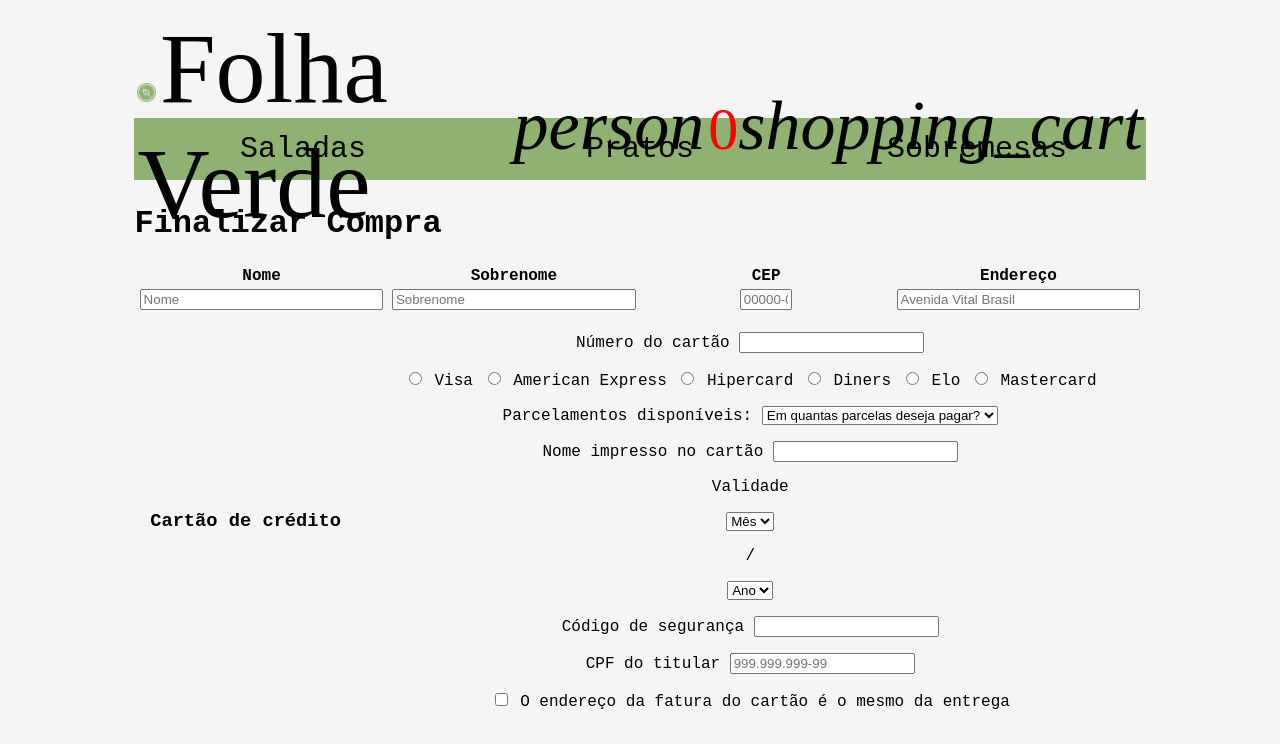
Repository: maaelphd/FolhaVerde
Page: http://localhost/FolhaVerde/Payment.jsp
These files come from the project's save history. The page is drawn as it stood at one moment and after the next save; the edit follows.
The browser window is 1280 px wide. The pictures show the whole page.
Some web fonts or font styles are not loaded; a fallback is used. The page is served by Tomcat 9. Other server files are loaded and not shown.

Above is the page before, as saved 2018-06-04 02:20:03.

### FolhaVerde/WebContent/Payment.jsp
<%@ page language="java" contentType="text/html; charset=UTF-8"
	pageEncoding="UTF-8"%>
<%@ taglib uri="http://java.sun.com/jsp/jstl/core" prefix="c"%>
<!DOCTYPE html>
<html>
<head>
	<meta charset="UTF-8">
	<title>Restaurante Folha Verde - Pagamento</title>

	<link rel="stylesheet" href="${pageContext.request.contextPath}/CSS/Payment.css"/>
</head>
<body>
	<div id="wrapper">
		<c:import url="NavBar.jsp"></c:import>

		<div id="divPageContent">

			<div class="PaymentHeaderContent">
				<h1 class="PaymentText">Finalizar Compra</h1>
			</div>

			<div class="divPaymentDataTable">
				<table class="w3-table PaymentsDataTable">
					<tr>
						<th>
							Nome
						</th>
						<th>
							Sobrenome
						</th>
						<th>
							CEP
						</th>
						<th>
							Endereço
						</th>
					</tr>
					<tr>
						<td class="tdInpUserName">
							<input type="text" id="inpUserName" placeholder="Nome" name="data[userName]">
						</td>
						<td class="tdInpUserLastName">
							<input type="text" id="inpUserLastName" placeholder="Sobrenome" name="data[userLastName]">
						</td>
						<td class="tdInpUserCEPCode">
							<input type="text" min="" id="inpUserCEPCode" placeholder="00000-000" name="data[userCEPCode]">
						</td>
						<td class="tdInpUserAdress">
							<input type="text" min="" id="inpUserAdress" placeholder="Avenida Vital Brasil" name="data[userAdress]">
						</td>
					</tr>
				</table>
			</div>

			<div class="divPaymentChoiceTable">
				<table class="w3-table PaymentsChoiceTable">
					<tr>
						<td>
							<h3>Cartão de crédito</h3>
						</td>
						<td>
							<div class="CardForm">
								<div>
									<p class="PaymentCardNumber input text required">
										<label class="FormFieldLabel " for="creditCardpayment-card-0Number">Número do cartão</label>
										<input type="tel" id="creditCardpayment-card-0Number" class="input-medium  error" name="cardNumber" maxlength="30" value="">
									</p>
									<div class="PaymentCardFlags clearfix form-inline">
										<p class="card-flags active">
											<label class="radio card-flag-label" for="creditCardselectedCard0cc-0" title="Visa">
												<input type="radio" class="card-flag-radio" id="creditCardselectedCard0cc-0" name="creditCardselectedCardFlag-0" tabindex="-1" value="2">
												<span class="card-flag Visa ">Visa</span>
											</label>
											<label class="radio card-flag-label" for="creditCardselectedCard1cc-0" title="American Express">
												<input type="radio" class="card-flag-radio" id="creditCardselectedCard1cc-0" name="creditCardselectedCardFlag-0" tabindex="-1" value="1">
												<span class="card-flag American Express ">American Express</span>
											</label>
											<label class="radio card-flag-label" for="creditCardselectedCard2cc-0" title="Hipercard">
												<input type="radio" class="card-flag-radio" id="creditCardselectedCard2cc-0" name="creditCardselectedCardFlag-0" tabindex="-1" value="8">
												<span class="card-flag Hipercard ">Hipercard</span>
											</label>
											<label class="radio card-flag-label" for="creditCardselectedCard3cc-0" title="Diners">
												<input type="radio" class="card-flag-radio" id="creditCardselectedCard3cc-0" name="creditCardselectedCardFlag-0" tabindex="-1" value="3">
												<span class="card-flag Diners card-selected">Diners</span>
											</label>
											<label class="radio card-flag-label" for="creditCardselectedCard4cc-0" title="Elo">
												<input type="radio" class="card-flag-radio" id="creditCardselectedCard4cc-0" name="creditCardselectedCardFlag-0" tabindex="-1" value="9">
												<span class="card-flag Elo ">Elo</span>
											</label>
											<label class="radio card-flag-label" for="creditCardselectedCard5cc-0" title="Mastercard">
												<input type="radio" class="card-flag-radio" id="creditCardselectedCard5cc-0" name="creditCardselectedCardFlag-0" tabindex="-1" value="4">
												<span class="card-flag Mastercard ">Mastercard</span>
											</label>
										</p>
									</div>
								</div>
								<div class="PaymentInstallments ">
									<p class="select required">
										<label class="FormFieldLabel hide" for="creditCardpayment-card-0Brand">Parcelamentos disponíveis:</label>
										<select class="input-xlarge " id="creditCardpayment-card-0Brand">
											<option value="">Em quantas parcelas deseja pagar?</option>
											<option value="1">1x-</option>
											<option value="2">2x-</option>
											<option value="2">3x-</option>
											<option value="2">4x-</option>
											<optgroup label=""></optgroup>
										</select>
									</p>
								</div>
								<div>
									<p class="PaymentCardHolderName">
										<label class="FormFieldLabel " for="creditCardpayment-card-0Name">Nome impresso no cartão</label>
										<input type="text" class="input-medium  " id="creditCardpayment-card-0Name" name="ccName" value="">
									</p>
									<div class="PaymentCardDueDate clearfix">
										<label class="FormFieldLabel pull-left" for="creditCardpayment-card-0Month">Validade</label>
										<p class="payment-card-due-month input text required">
											<select class="input-mini " id="creditCardpayment-card-0Month" name="cardExpirationMonth">
												<option value="">Mês</option>
												<option value="01">01</option>
												<option value="02">02</option>
												<option value="03">03</option>
												<option value="04">04</option>
												<option value="05">05</option>
												<option value="06">06</option>
												<option value="07">07</option>
												<option value="08">08</option>
												<option value="09">09</option>
												<option value="10">10</option>
												<option value="11">11</option>
												<option value="12">12</option>
											</select>
										</p>
										<p class="payment-card-lash">/</p>
										<p class="payment-card-due-year input text required">
											<select class="input-mini " id="creditCardpayment-card-0Year" name="cardExpirationYear">
												<option value="">Ano</option>
												<option value="18">18</option>
												<option value="19">19</option>
												<option value="20">20</option>
												<option value="21">21</option>
												<option value="22">22</option>
												<option value="23">23</option>
												<option value="24">24</option>
												<option value="25">25</option>
												<option value="26">26</option>
												<option value="27">27</option>
												<option value="28">28</option>
												<option value="29">29</option>
												<option value="30">30</option>
												<option value="31">31</option>
												<option value="32">32</option>
												<option value="33">33</option>
												<option value="34">34</option>
												<option value="35">35</option>
												<option value="36">36</option>
												<option value="37">37</option>
												<option value="38">38</option>
												<option value="39">39</option>
												<option value="40">40</option>
											</select>
										</p>
									</div>
								</div>
								<p class="PaymentCardCVV input text required">
									<label class="FormFieldLabel " for="creditCardpayment-card-0Code">Código de segurança</label>
									<input type="tel" id="creditCardpayment-card-0Code" class="input-mini   " maxlength="3" value="">
								</p>
								<p class="PaymentCardHolderDocument input text required mask">
									<label class="FormFieldLabel " for="holder-document-0">CPF do titular</label>
									<input type="tel" id="holder-document-0" class="input-small  " value="" placeholder="999.999.999-99">
								</p>
								<div class="BillingAddress BillingAddress-BRA clearfix">
									<p class="AddressToggle">
										<input type="checkbox" id="address-toggle-0" value="on">
										<label for="address-toggle-0">O endereço da fatura do cartão é o mesmo da entrega</label>
									</p>
								</div>
							</div>
						</td>
					</tr>
				</table>
			</div>
		</div>

	</div>
</body>
<footer></footer>
<script>
</script>
</html>

### FolhaVerde/WebContent/NavBar.jsp
<%@ page language="java" contentType="text/html; charset=UTF-8"	pageEncoding="UTF-8"%>
<%@ taglib uri="http://java.sun.com/jsp/jstl/core" prefix="c"%>
<!DOCTYPE html>
	 <meta charset="UTF-8">

 	<link href="https://fonts.googleapis.com/icon?family=Material+Icons" rel="stylesheet">
	<link rel="stylesheet" href="${pageContext.request.contextPath}/CSS/Pages.css"/>
	<link rel="stylesheet" href="${pageContext.request.contextPath}/CSS/NavBar.css"/>
	<link rel="stylesheet" href="${pageContext.request.contextPath}/CSS/RobotoFonts.css" type="text/css">
	<link rel="stylesheet" href="${pageContext.request.contextPath}/CSS/IndieFlower.css" type="text/css">

	<div class="LogoHeader">
		<table class="w3-table TopBarTable">
			<tr>
				<td>
					<div class="LogoImg">
						<a href="index.jsp"><img src="${pageContext.request.contextPath}/imgs/LOGO.png"> <span class="NomeEmpresaLogo"> Folha Verde </span></a>
					</div>
				</td>
				<td id="PersonIcoCol">
					<i class="material-icons" id="PersonIco">person</i>
				</td>
				<td id="shoppingCartIcoCol">
					<span class="ItensCountNumber">0</span><i class="material-icons" id="shoppingCartIco">shopping_cart</i>
				</td>
			</tr>
		</table>
	</div>

	<nav>
		<ul class="horizontal">
			<li><a href="#home" class="SaladTab">Saladas</a></li>
			<li><a href="#news" class="PlateTab">Pratos</a></li>
			<li><a href="#contact" class="DessertTab">Sobremesas</a></li>
		</ul>
	</nav>

	<!-- JQUERY & BOOTSTRAP  -->

	<!-- jQuery Reference -->
	<!-- <script src="${pageContext.request.contextPath}/jquery-ui/jquery-ui.min.js"></script> -->
	<script src="${pageContext.request.contextPath}/jquery-ui/jquery-3.3.1.min.js"></script>
	<script src="https://cdnjs.cloudflare.com/ajax/libs/jquery.mask/1.14.10/jquery.mask.js"></script>


	<script src="https://maxcdn.bootstrapcdn.com/bootstrap/3.3.7/js/bootstrap.min.js"></script>

	<script>
	$(document).ready(function () {

	  	$(".nav a").on("click", function(){
	  	   $(".nav").find(".active").removeClass("active");
	  	   $(this).parent().addClass("active");
	  	});

	});
	//# sourceURL=pen.js
	</script>

### FolhaVerde/WebContent/CSS/Payment.css
body {
	font-family: 'Roboto Mono', monospace;
}

.w3-content.w3-section
{
	align-items: center;
	margin: 0 auto;
	width: 100%;
	height: 100%;
}

.divPaymentChoiceTable,
.divPaymentDataTable {
	width: 80%;;
	margin: 0 auto;
}

.PaymentsChoiceTable,
.PaymentsDataTable {
	width: 100%;;
	margin: 0 auto;
	text-align: center;
}

.PaymentHeaderContent {
	width: 80%;;
	margin: 0 auto;
	text-align: left;
}

.tdInpUserName input, .tdInpUserLastName input,
.tdInpUserAdress input {
	width: 95%;
}

.tdInpUserCEPCode input {
	width: 18%;
}

### FolhaVerde/WebContent/CSS/Pages.css
html, body {
	background-color: #f5f5f5;
	font-family: 'Roboto Mono', monospace;
}

#divPageContent
{
	display: block;
	margin-top: 2%;
}

.TopBar {
	border: 1px solid black;
}

### FolhaVerde/WebContent/CSS/NavBar.css
nav {
	width: 80%;
	text-align: center;
	margin: 0% auto;
}

ul {
    list-style-type: none;
    margin: 0;
    padding: 0;
    overflow: hidden;
    background-color: #8FB171;
}

li {
    float: left;
    width: 33.33333%;
}

li a {
    display: block;
    color: white;
    text-align: center;
    padding: 14px 16px;
    text-decoration: none;
}

li a.SaladTab,
li a.PlateTab,
li a.DessertTab {
    font-size: 30px;
}

/* Change the link color to #111 (black) on hover */
li a:hover {
    background-color: #badd9b;
}

a:link {
	color: inherit;
	text-decoration: none;
}

.LogoHeader
{
	width: 80%;
	height: 110px;
	text-align: left;
	margin: 0% auto;
	font-family: 'Indie Flower', cursive;
}

.LogoImg img
{
	width: 5%;
	height: 5%;
}

.NomeEmpresaLogo {
	font-size: 100px;
	font-family:
}

#shoppingCartIco,
#PersonIco {
	font-size: 70px;
}

.TopBarTable{
	width: 100%;
}

.ItensCountNumber {
	font-size: 60px;
	color: #ff0000;
	font-family: 'Indie Flower', cursive;
}

.SaladTab.active, .PlateTab.active, .DessertTab.active{
	background-color: #badd9b;
}

### FolhaVerde/WebContent/CSS/RobotoFonts.css
/* cyrillic-ext */
@font-face {
  font-family: 'Roboto Mono';
  font-style: normal;
  font-weight: 400;
  src: local('Roboto Mono'), local('RobotoMono-Regular'), url(https://fonts.gstatic.com/s/robotomono/v5/L0x5DF4xlVMF-BfR8bXMIjhGq3-OXg.woff2) format('woff2');
  unicode-range: U+0460-052F, U+1C80-1C88, U+20B4, U+2DE0-2DFF, U+A640-A69F, U+FE2E-FE2F;
}
/* cyrillic */
@font-face {
  font-family: 'Roboto Mono';
  font-style: normal;
  font-weight: 400;
  src: local('Roboto Mono'), local('RobotoMono-Regular'), url(https://fonts.gstatic.com/s/robotomono/v5/L0x5DF4xlVMF-BfR8bXMIjhPq3-OXg.woff2) format('woff2');
  unicode-range: U+0400-045F, U+0490-0491, U+04B0-04B1, U+2116;
}
/* greek-ext */
@font-face {
  font-family: 'Roboto Mono';
  font-style: normal;
  font-weight: 400;
  src: local('Roboto Mono'), local('RobotoMono-Regular'), url(https://fonts.gstatic.com/s/robotomono/v5/L0x5DF4xlVMF-BfR8bXMIjhHq3-OXg.woff2) format('woff2');
  unicode-range: U+1F00-1FFF;
}
/* greek */
@font-face {
  font-family: 'Roboto Mono';
  font-style: normal;
  font-weight: 400;
  src: local('Roboto Mono'), local('RobotoMono-Regular'), url(https://fonts.gstatic.com/s/robotomono/v5/L0x5DF4xlVMF-BfR8bXMIjhIq3-OXg.woff2) format('woff2');
  unicode-range: U+0370-03FF;
}
/* vietnamese */
@font-face {
  font-family: 'Roboto Mono';
  font-style: normal;
  font-weight: 400;
  src: local('Roboto Mono'), local('RobotoMono-Regular'), url(https://fonts.gstatic.com/s/robotomono/v5/L0x5DF4xlVMF-BfR8bXMIjhEq3-OXg.woff2) format('woff2');
  unicode-range: U+0102-0103, U+0110-0111, U+1EA0-1EF9, U+20AB;
}
/* latin-ext */
@font-face {
  font-family: 'Roboto Mono';
  font-style: normal;
  font-weight: 400;
  src: local('Roboto Mono'), local('RobotoMono-Regular'), url(https://fonts.gstatic.com/s/robotomono/v5/L0x5DF4xlVMF-BfR8bXMIjhFq3-OXg.woff2) format('woff2');
  unicode-range: U+0100-024F, U+0259, U+1E00-1EFF, U+2020, U+20A0-20AB, U+20AD-20CF, U+2113, U+2C60-2C7F, U+A720-A7FF;
}
/* latin */
@font-face {
  font-family: 'Roboto Mono';
  font-style: normal;
  font-weight: 400;
  src: local('Roboto Mono'), local('RobotoMono-Regular'), url(https://fonts.gstatic.com/s/robotomono/v5/L0x5DF4xlVMF-BfR8bXMIjhLq38.woff2) format('woff2');
  unicode-range: U+0000-00FF, U+0131, U+0152-0153, U+02BB-02BC, U+02C6, U+02DA, U+02DC, U+2000-206F, U+2074, U+20AC, U+2122, U+2191, U+2193, U+2212, U+2215, U+FEFF, U+FFFD;
}

### FolhaVerde/WebContent/CSS/IndieFlower.css
/* latin */
@font-face {
  font-family: 'Indie Flower';
  font-style: normal;
  font-weight: 400;
  src: local('Indie Flower'), local('IndieFlower'), url(https://fonts.gstatic.com/s/indieflower/v9/m8JVjfNVeKWVnh3QMuKkFcZVaUuH.woff2) format('woff2');
  unicode-range: U+0000-00FF, U+0131, U+0152-0153, U+02BB-02BC, U+02C6, U+02DA, U+02DC, U+2000-206F, U+2074, U+20AC, U+2122, U+2191, U+2193, U+2212, U+2215, U+FEFF, U+FFFD;
}

Loaded but not shown: FolhaVerde/WebContent/jquery-ui/jquery-3.3.1.min.js (library)

After the next save:
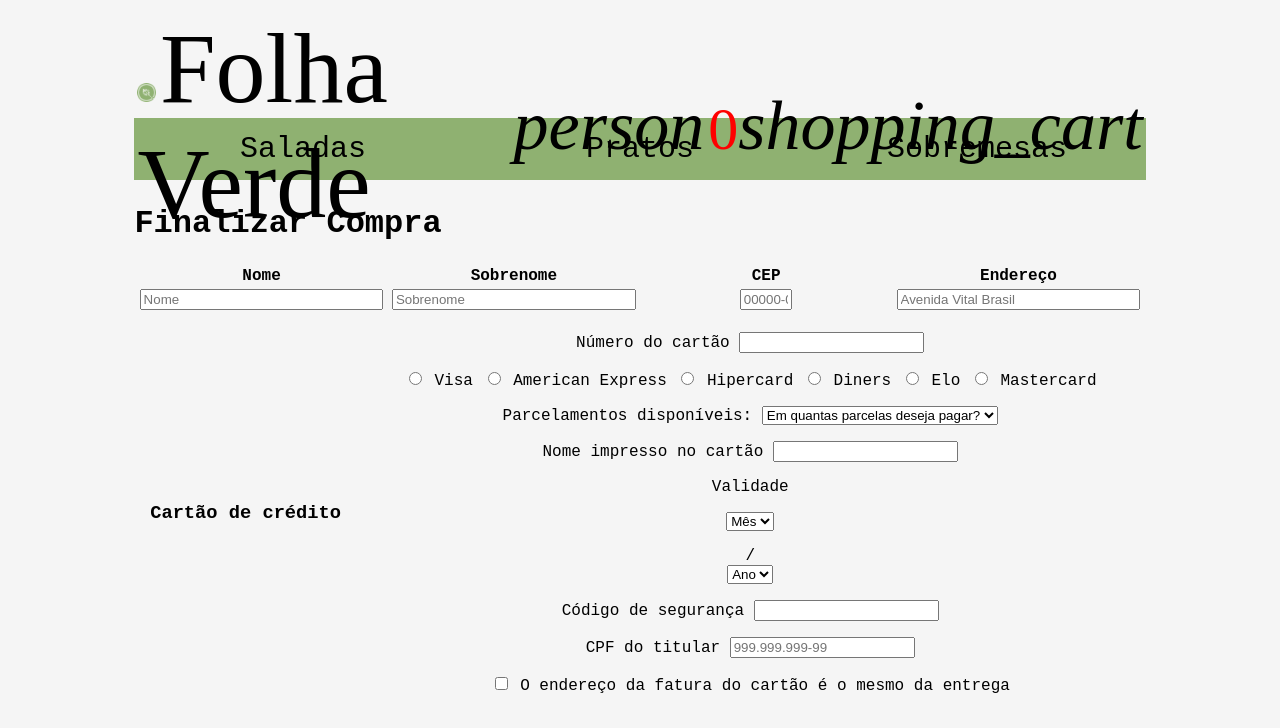
Saved 34 s later.
--- a/FolhaVerde/WebContent/Payment.jsp
+++ b/FolhaVerde/WebContent/Payment.jsp
@@ -131,8 +131,8 @@
 												<option value="12">12</option>
 											</select>
 										</p>
-										<p class="payment-card-lash">/</p>
-										<p class="payment-card-due-year input text required">
+										<div class="payment-card-lash">/</div>
+										<div class="payment-card-due-year input text required">
 											<select class="input-mini " id="creditCardpayment-card-0Year" name="cardExpirationYear">
 												<option value="">Ano</option>
 												<option value="18">18</option>
@@ -159,7 +159,7 @@
 												<option value="39">39</option>
 												<option value="40">40</option>
 											</select>
-										</p>
+										</div>
 									</div>
 								</div>
 								<p class="PaymentCardCVV input text required">
